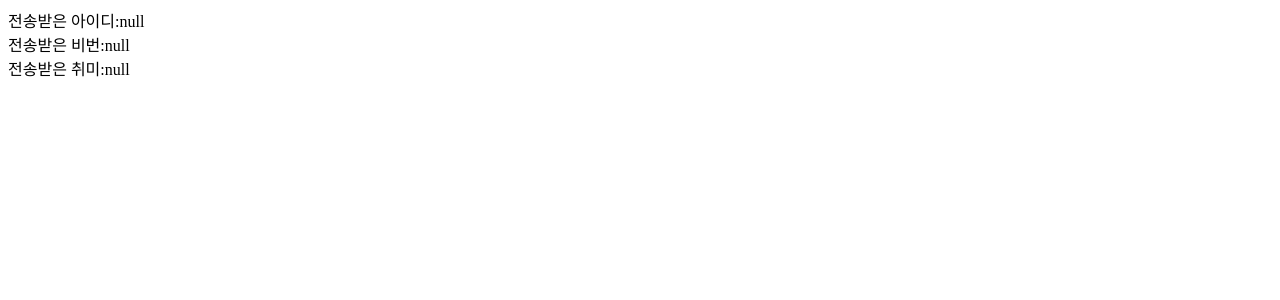
Repository: djdh94/jsp_practice
Page: http://localhost/JSPBasic/jspObject/3.cookie/test2.jsp
These files come from the project's save history. The page is drawn as it stood at one moment and after the next save; the edit follows.
The browser window is 1280 px wide. The pictures show the whole page.
The page is served by Tomcat 9.

Above is the page before, as saved 2022-02-05 04:09:59.

After the next save:
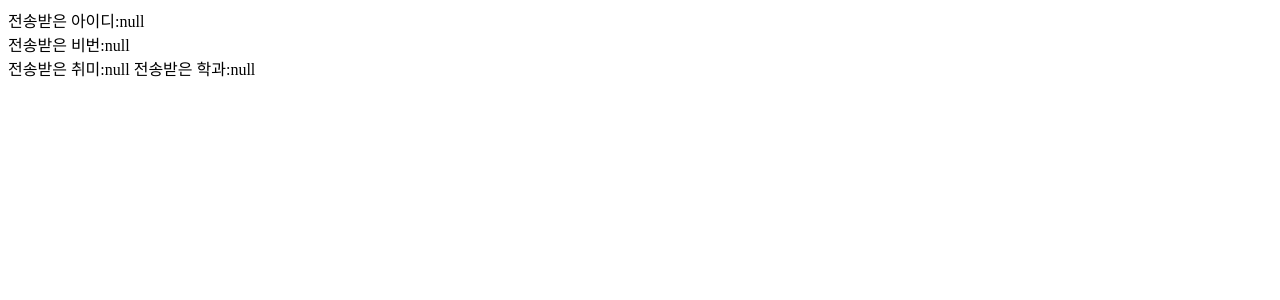
Saved 75 s later.
--- a/JSPBasic/src/main/webapp/jspObject/3.cookie/test2.jsp
+++ b/JSPBasic/src/main/webapp/jspObject/3.cookie/test2.jsp
@@ -5,6 +5,7 @@
     String id = request.getParameter("apple");
     String pw = request.getParameter("banana");
     String[] hb = request.getParameterValues("hobby");
+    String[] mj = request.getParameterValues("major");
     %>
 <!DOCTYPE html>
 <html>
@@ -16,5 +17,6 @@
 	전송받은 아이디:<%=id %><br/>
 	전송받은 비번:<%=pw %><br/>
 	전송받은 취미:<%=Arrays.toString(hb) %>
+	전송받은 학과:<%=Arrays.toString(mj) %>
 </body>
 </html>
